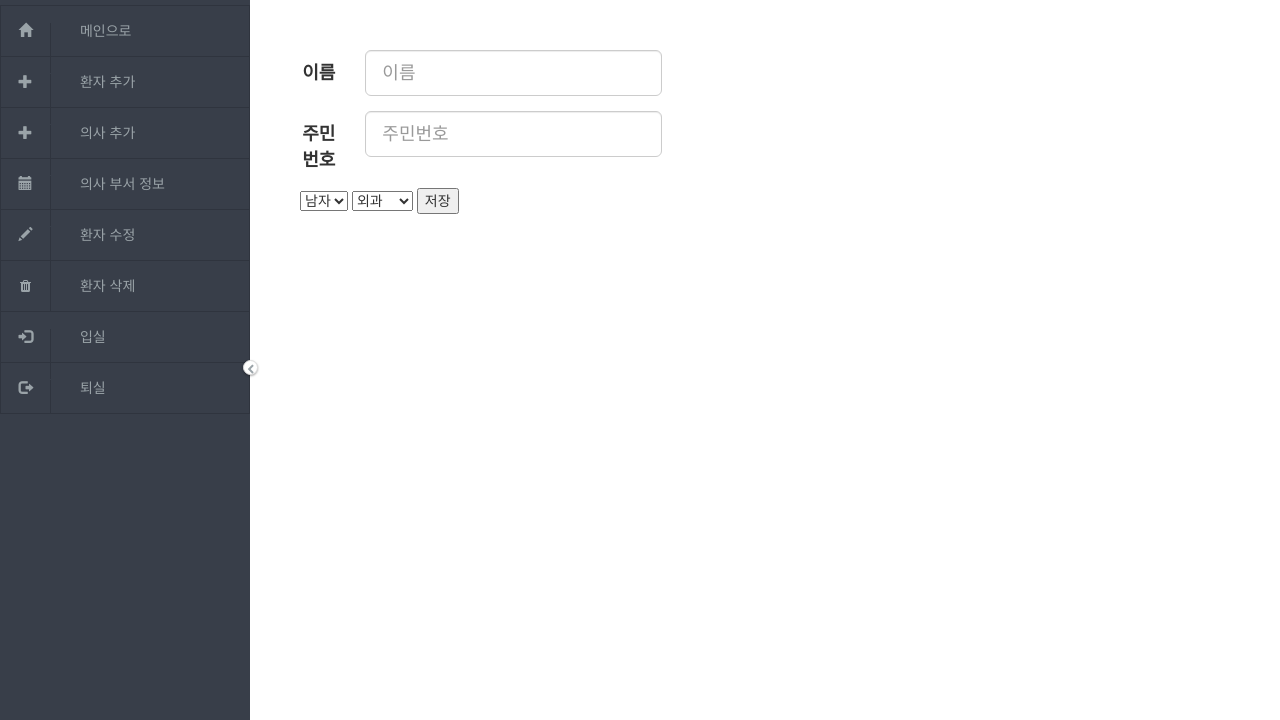
Repository: qaws1134/Hospital_manager
Page: http://localhost/project/D_add.jsp
An editor plug-in stored every save of this project. The page is shown before and after the next save, followed by the edit.
The browser window is 1280 px wide. The pictures show the whole page.
Some web libraries are served in a nearby version. The page is served by Tomcat 9.

Above is the page before, as saved 2017-12-09 17:00:07.
Console error (its wording comes from the project's code and is left out).
Not found: project/project/css/style.css

After the next save:
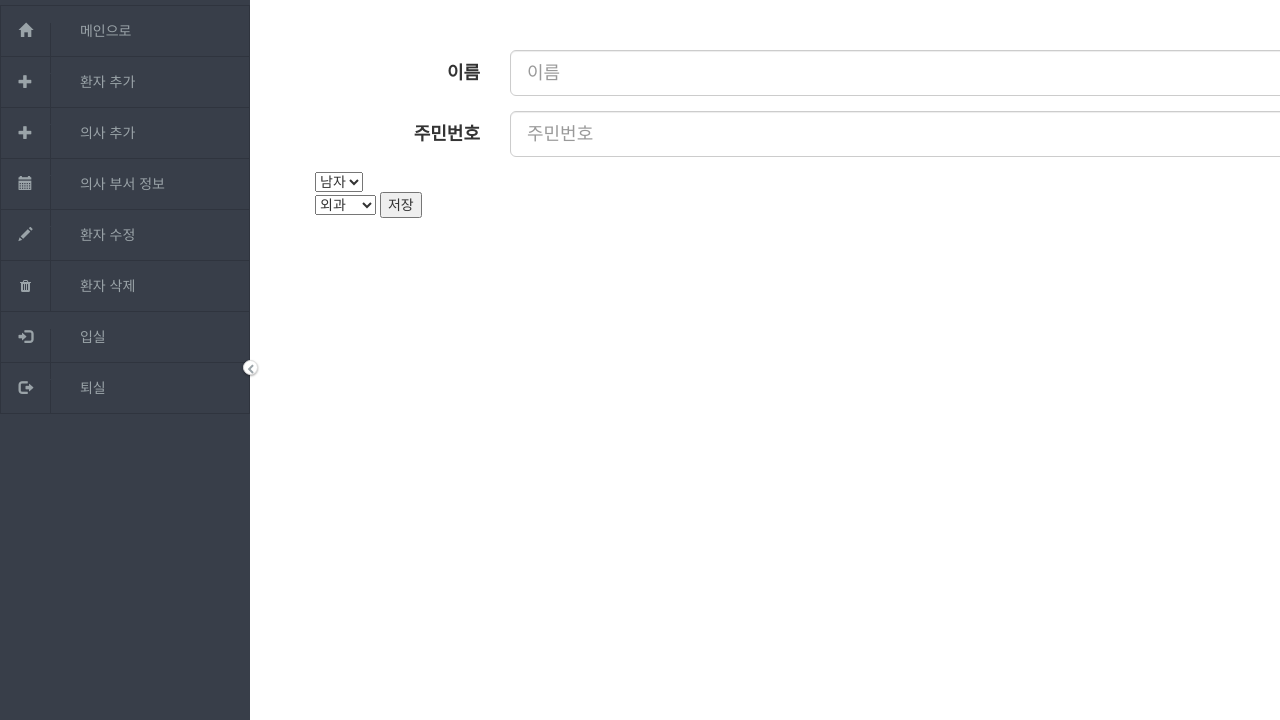
Saved 49 s later.
--- a/project/WebContent/D_add.jsp
+++ b/project/WebContent/D_add.jsp
@@ -352,7 +352,7 @@ nav ul li a span {
     </li>
 	</ul>
 </nav>
-<section style="position:absolute; top:50px;left:300px">
+<section style="position:absolute; top:50px;left:300px"  class="container">
 	<form class="form-horizontal" action ="D_add.do" method="post">
   <div class="form-group form-group-lg">
     <label class="col-sm-2 control-label" for="formGroupInputLarge">이름</label>
@@ -366,10 +366,12 @@ nav ul li a span {
       <input class="form-control" type="text" id="formGroupInputLarge" placeholder="주민번호" name ="D_PERNUM">
     </div>
 	</div>
+	 <div class="dropdown">
 	<select name ="D_GENDER" class="dropdown-select">
 		<option value="남자">남자</option>
 		<option value="여자">여자</option>
 	</select>
+	  </div>
 	<select name ="D_CLS" class="dropdown-select">
 		<option value="외과">외과</option>
 		<option value="내과">내과</option>
